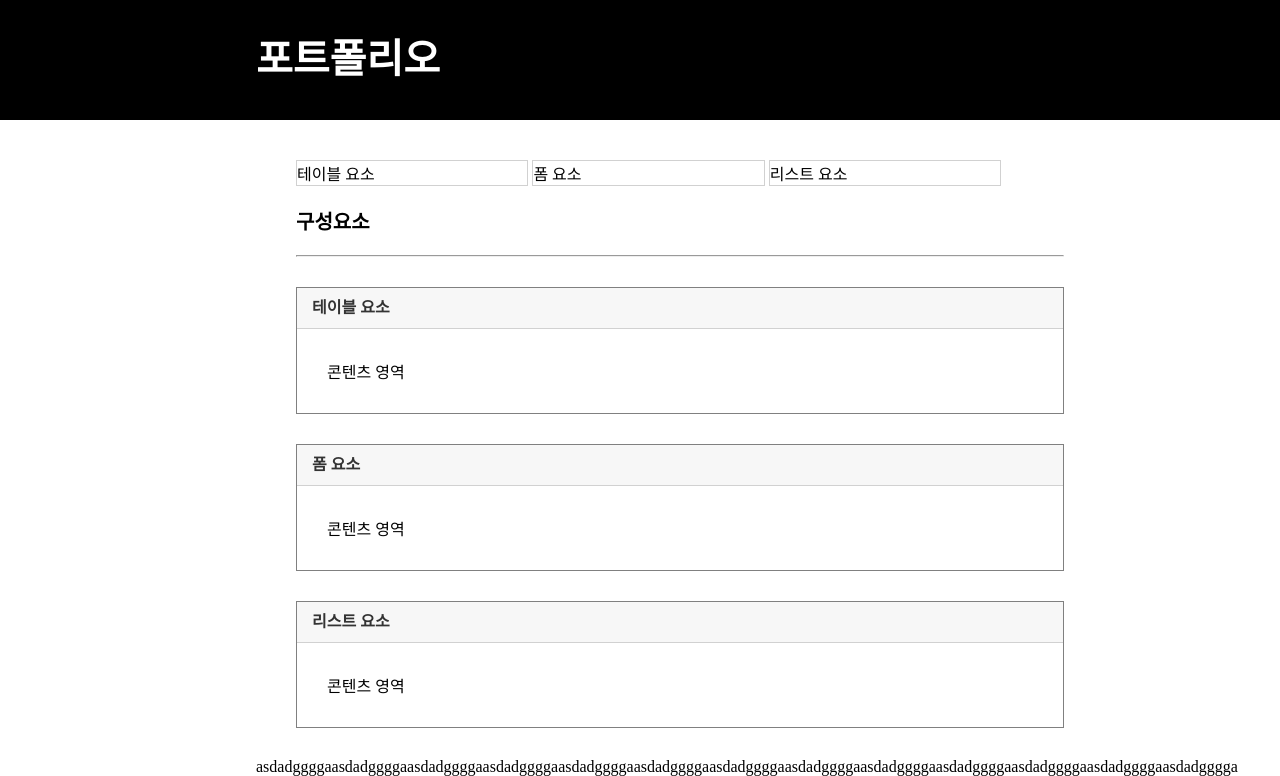
Repository: ItChoi/CSS-Study
Page: Css/WebContent/html/boostcourse/project-A1/portfolio.html
These files come from the project's save history. The page is drawn as it stood at one moment and after the next save; the edit follows.
The browser window is 1280 px wide. The pictures show the whole page.

Above is the page before, as saved 2019-06-18 10:57:16.

After the next save:
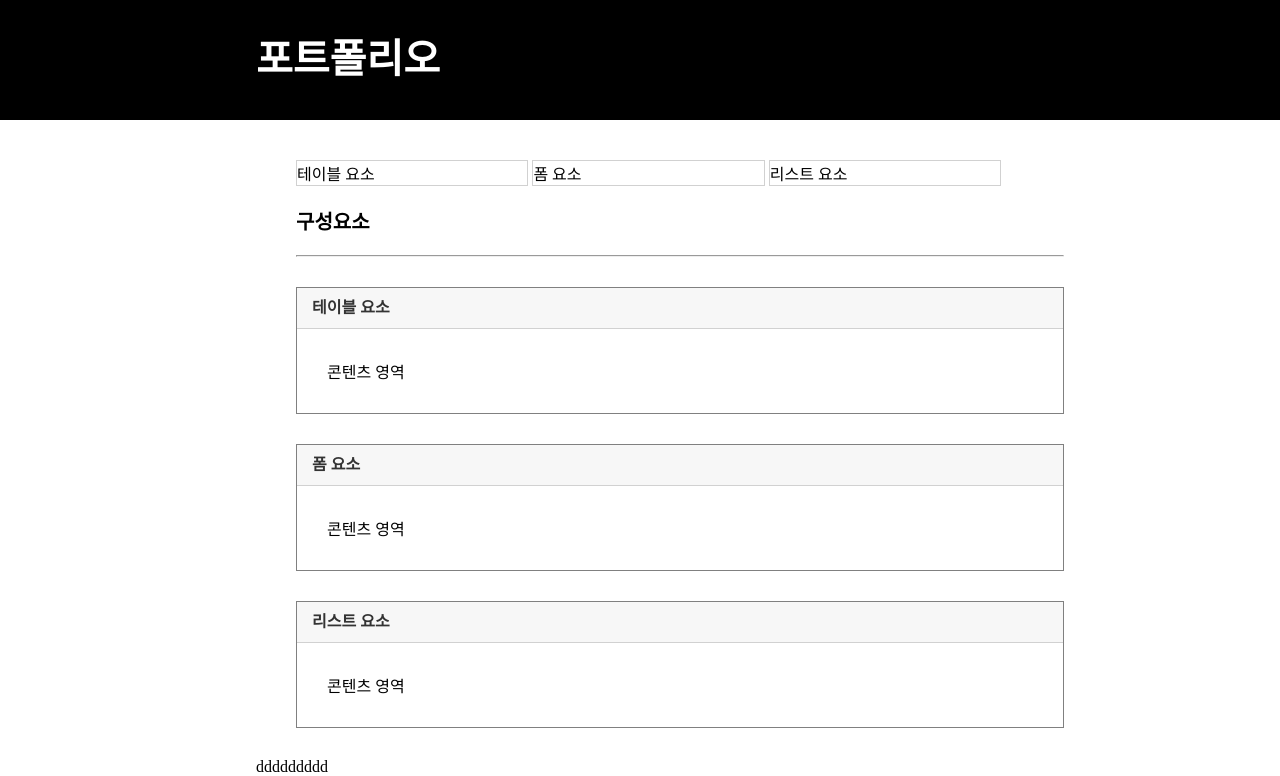
Saved 4 s later.
--- a/Css/WebContent/html/boostcourse/project-A1/portfolio.html
+++ b/Css/WebContent/html/boostcourse/project-A1/portfolio.html
@@ -66,7 +66,7 @@
 			</div>
 
 			<div class="footer">
-			asdadggggaasdadggggaasdadggggaasdadggggaasdadggggaasdadggggaasdadggggaasdadggggaasdadggggaasdadggggaasdadggggaasdadggggaasdadgggga
+			ddddddddd
 			</div>
 		</div>
 
